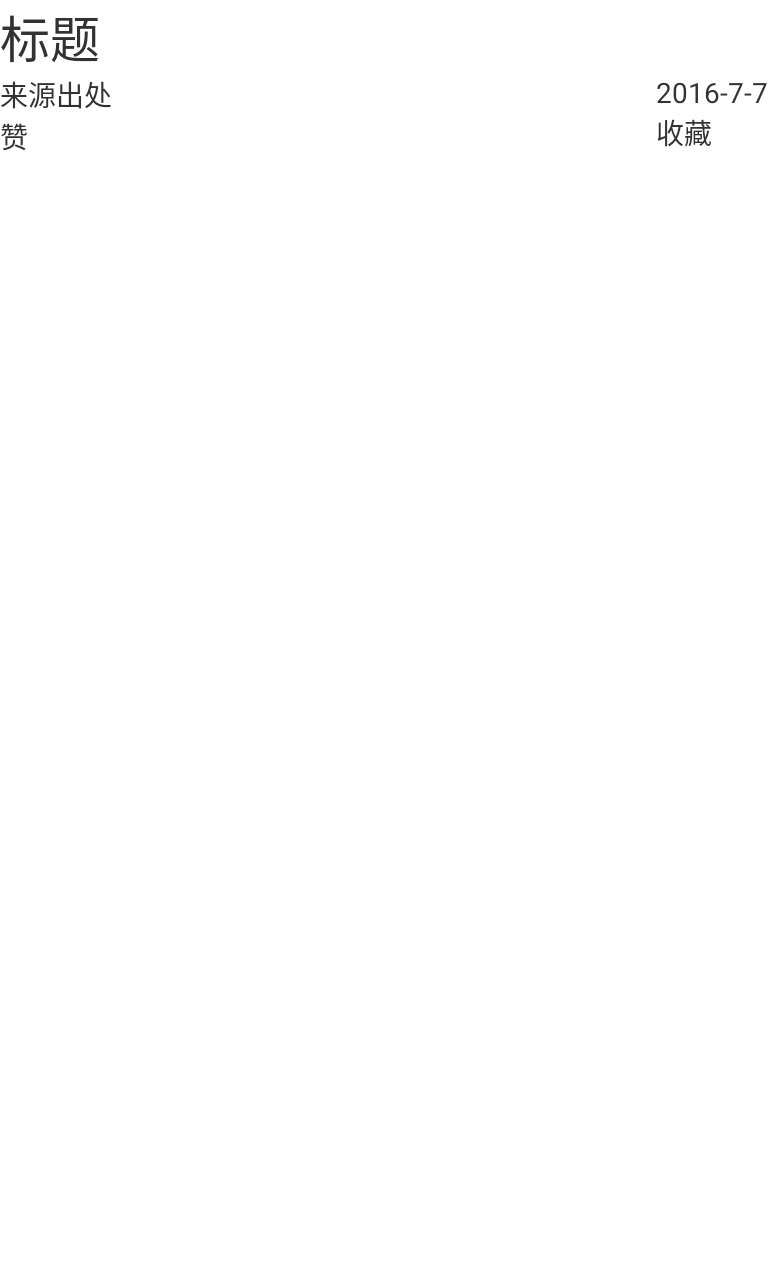
Repository: SuperMannnnnn/test
Layout: PictureStore/res/layout/item_new.xml
An editor plug-in stored every save of this project. The layout is shown before and after the next save, followed by the edit.
It is drawn on a 768 x 1280 px phone screen (xhdpi) without system bars, with theme android:Theme.Light.NoTitleBar; the app's code is not run.

Above is the layout before, as saved 2016-07-10 09:05:57.

After the next save:
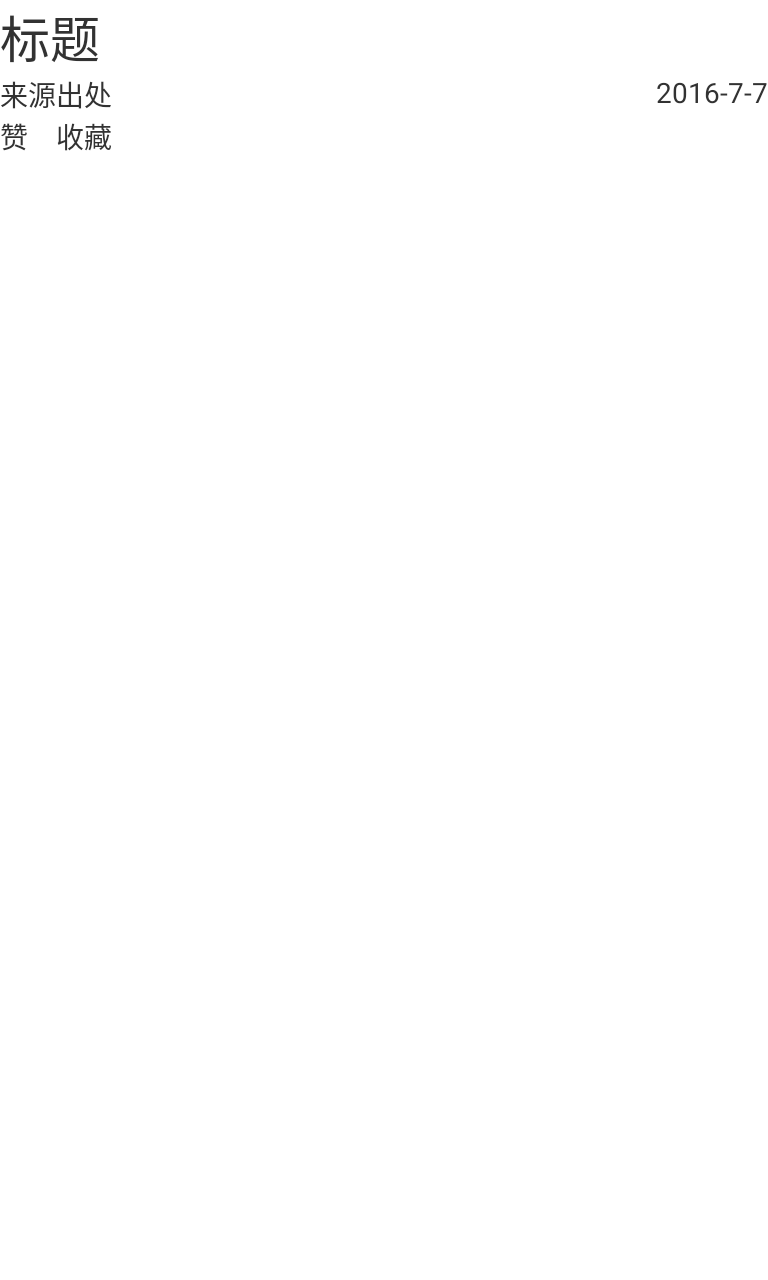
Saved 99 s later.
--- a/PictureStore/res/layout/item_new.xml
+++ b/PictureStore/res/layout/item_new.xml
@@ -40,8 +40,9 @@
         android:id="@+id/tv_repin_count"
         android:layout_width="wrap_content"
         android:layout_height="wrap_content"
-        android:layout_alignLeft="@+id/tv_time"
-        android:layout_below="@+id/tv_time"
+        android:layout_alignBaseline="@+id/tv_digg_count"
+        android:layout_alignBottom="@+id/tv_digg_count"
+        android:layout_alignRight="@+id/tv_source"
         android:text="收藏" />
 
 </RelativeLayout>
